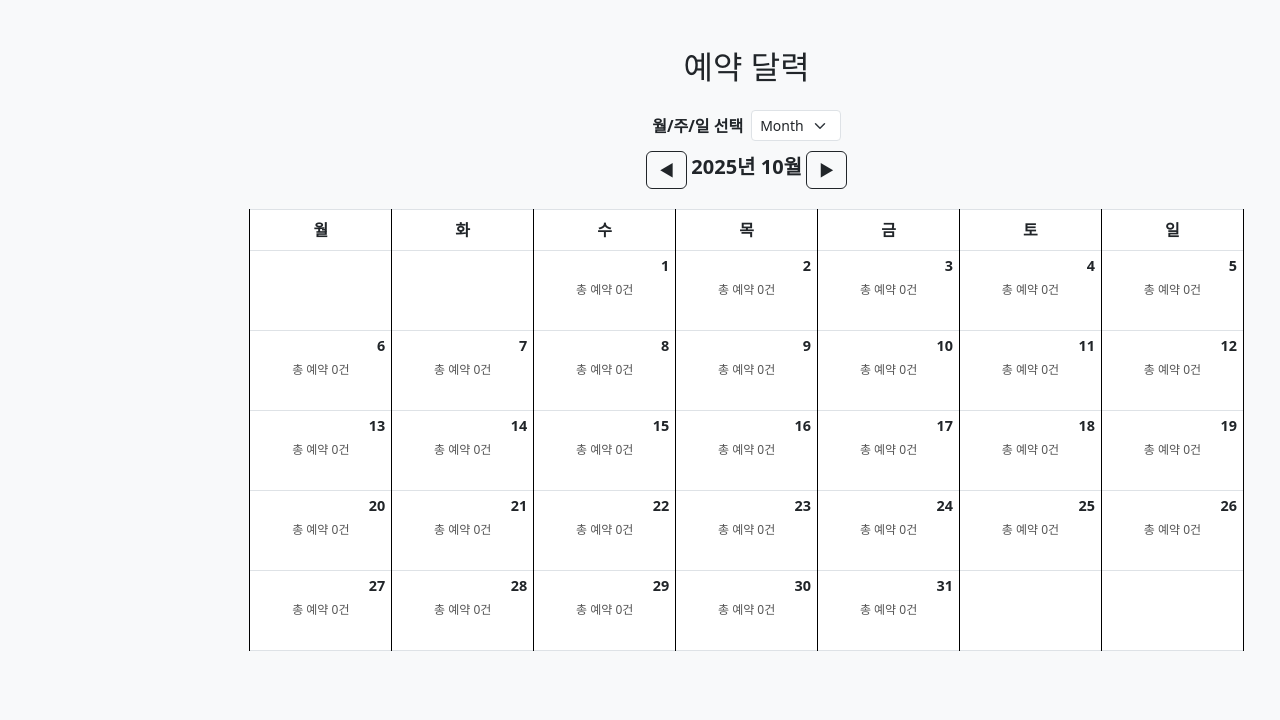
Repository: j-pyohub/LIBRARY_PROJECT
Page: CRM_Project/WebContent/doctorReserveList.html
An editor plug-in stored every save of this project. The page is shown before and after the next save, followed by the edit.
The browser window is 1280 px wide. The pictures show the whole page.

Above is the page before, as saved 2025-10-11 09:00:43.

After the next save:
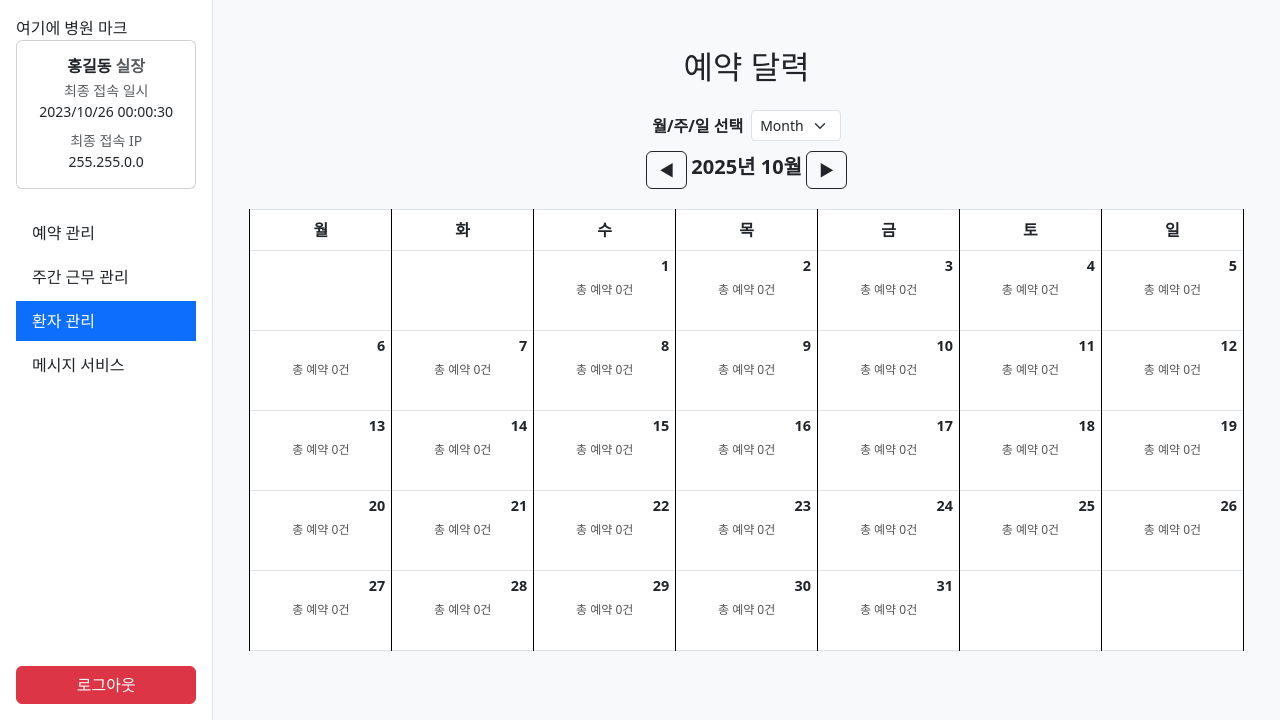
Saved 28 s later.
--- a/CRM_Project/WebContent/doctorReserveList.html
+++ b/CRM_Project/WebContent/doctorReserveList.html
@@ -92,8 +92,34 @@
 
     <div id="container"></div>
   </div>
-
-  <script>
+	</main>
+		</div>
+	</div>
+	<script>
+	  // sidebar.html을 불러와서 #sidebar-slot에 삽입
+	  async function loadSidebar(activeKey) {
+	    const slot = document.getElementById('sidebar-slot');
+	    const resp = await fetch('./sidebar.html'); // 경로는 프로젝트 구조에 맞게
+	    const html = await resp.text();
+	    slot.innerHTML = html;
+
+	    // 활성 메뉴 표시 (data-route 값을 사용)
+	    const current = slot.querySelector(`[data-route="${activeKey}"]`);
+	    if (current) {
+	      // 전부 초기화
+	      slot.querySelectorAll('#sidebar-nav .nav-link').forEach(a=>{
+	        a.classList.remove('active','bg-primary','text-white');
+	        a.classList.add('text-dark');
+	      });
+	      // 현재만 활성
+	      current.classList.add('active','bg-primary','text-white');
+	      current.classList.remove('text-dark');
+	    }
+	  }
+
+	  // 이 페이지의 활성 키만 바꿔주면 됨
+	  loadSidebar('patientList');
+
   /* 예약 데이터 (예시) */
   const reservationEvents = {
     "2025-09-16": [
